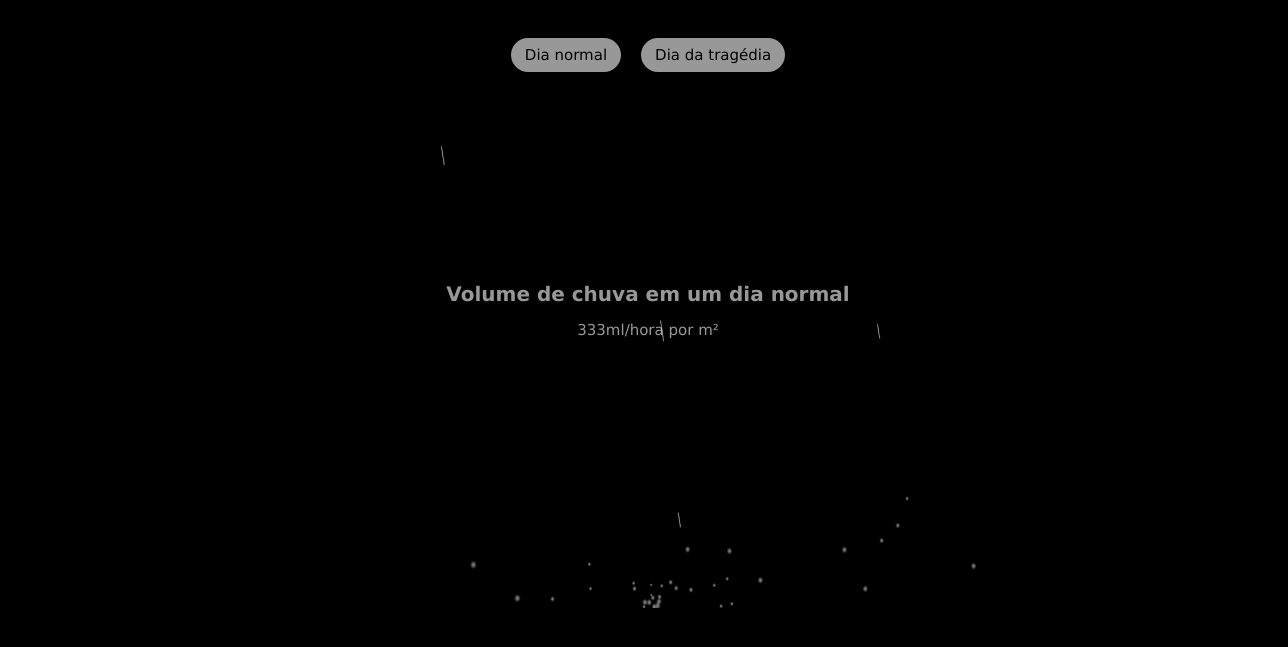
Repository: lucasthaynan/chuvas-estadao
Page: index.html
These files come from the project's save history. The page is drawn as it stood at one moment and after the next save; the edit follows.
The browser window is 1280 px wide. The page is 1288 px wide, so the pictures cover 1288 px, including what lies to the right of the window. The pictures show the whole page.

Above is the page before, as saved 2023-02-24 12:13:21.
Console error: ReferenceError: dat is not defined

After the next save:
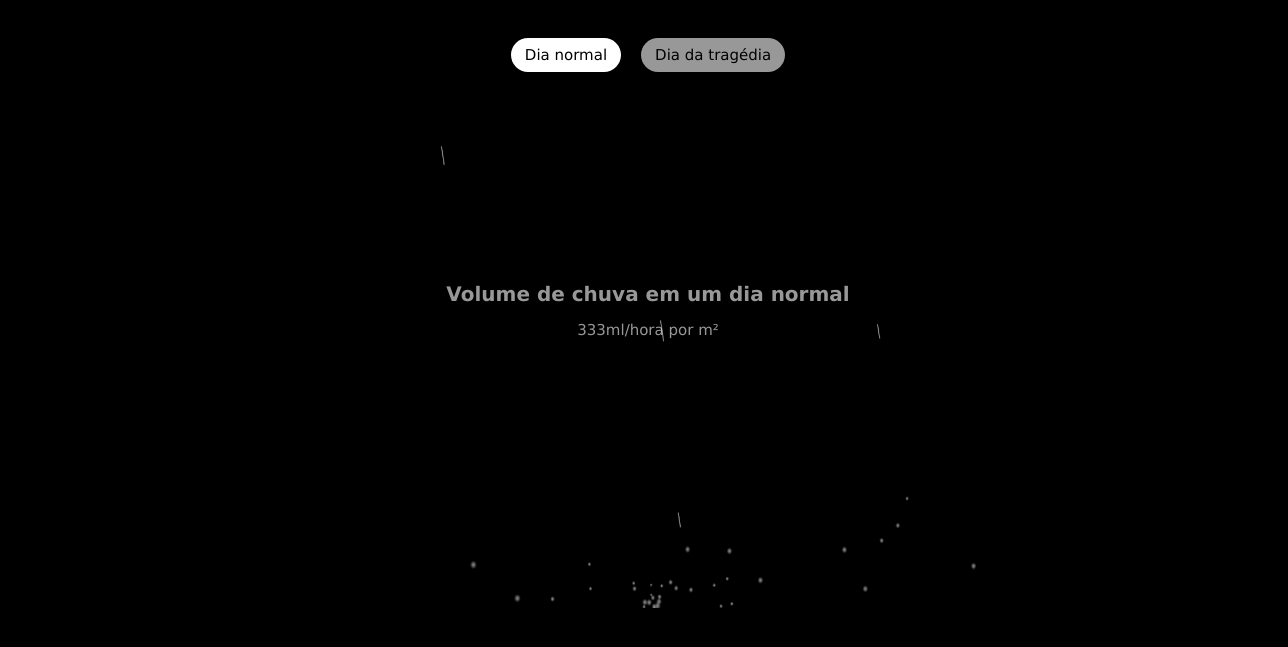
Saved 34 s later.
--- a/style.css
+++ b/style.css
@@ -90,7 +90,8 @@ p.volume {
     transition: ;
 } */
 
-button.active {
+button.btn-nornal.active,
+button.btn-tragedia.active {
     background-color: #ffffff;
 }
 

After the save that followed:
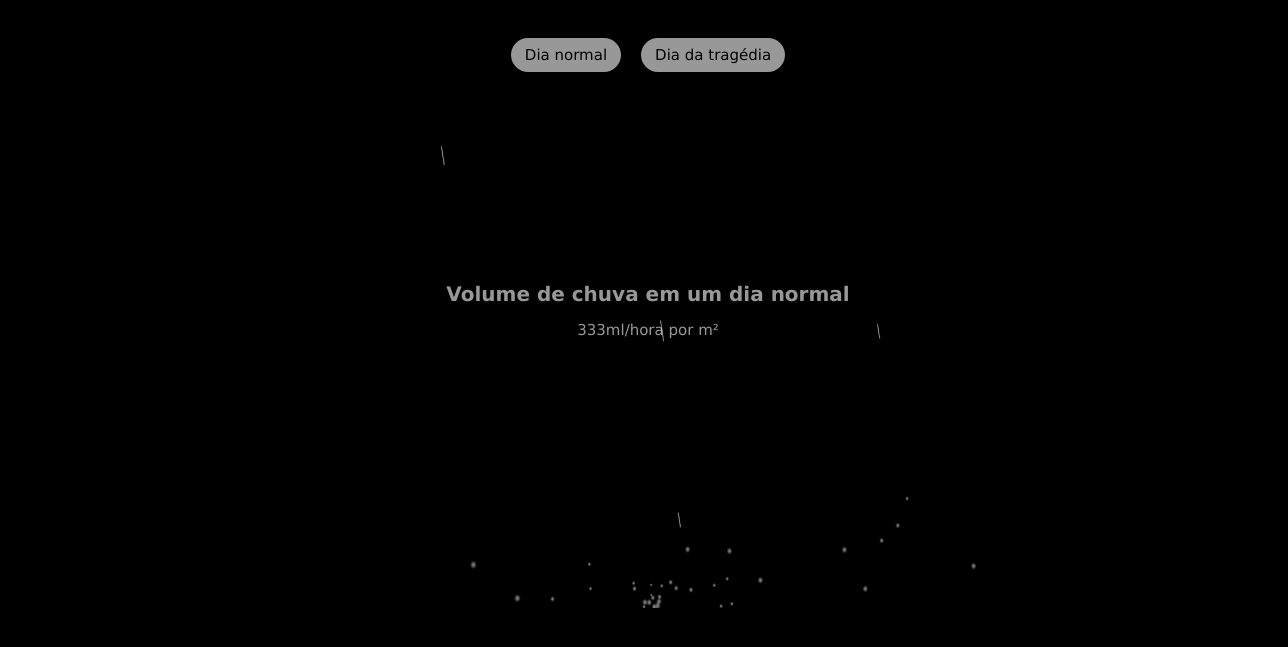
Saved 64 s later.
--- a/index.html
+++ b/index.html
@@ -14,7 +14,7 @@
     <div>
         <!-- <h1>Texto teste</h1> -->
         <div class="btns">
-            <button class="btn-nornal active" onclick="clickNormal()">
+            <button class="btn-normal active" onclick="clickNormal()">
                 <p>Dia normal</p>
             </button>
             <button class="btn-tragedia" onclick="clickTragedia()">
